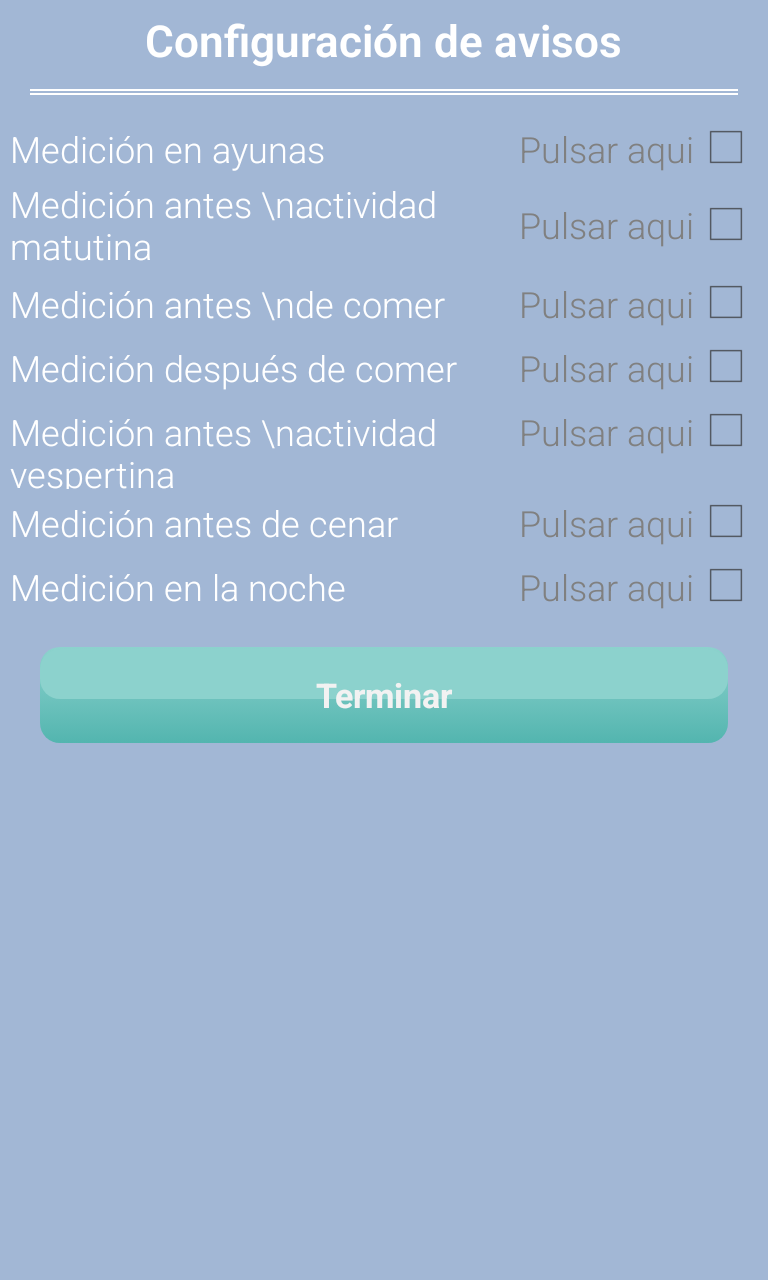
Repository: HectorGarciaMiguel/ssii-diabetes-060036
Layout: SeguimientoDiabetes/res/layout/activity_configuracion4.xml
An editor plug-in stored every save of this project. The layout is shown before and after the next save, followed by the edit.
It is drawn on a 768 x 1280 px phone screen (xhdpi) without system bars, with theme AppTheme; the app's code is not run.

Above is the layout before, as saved 2015-11-19 21:08:59.

After the next save:
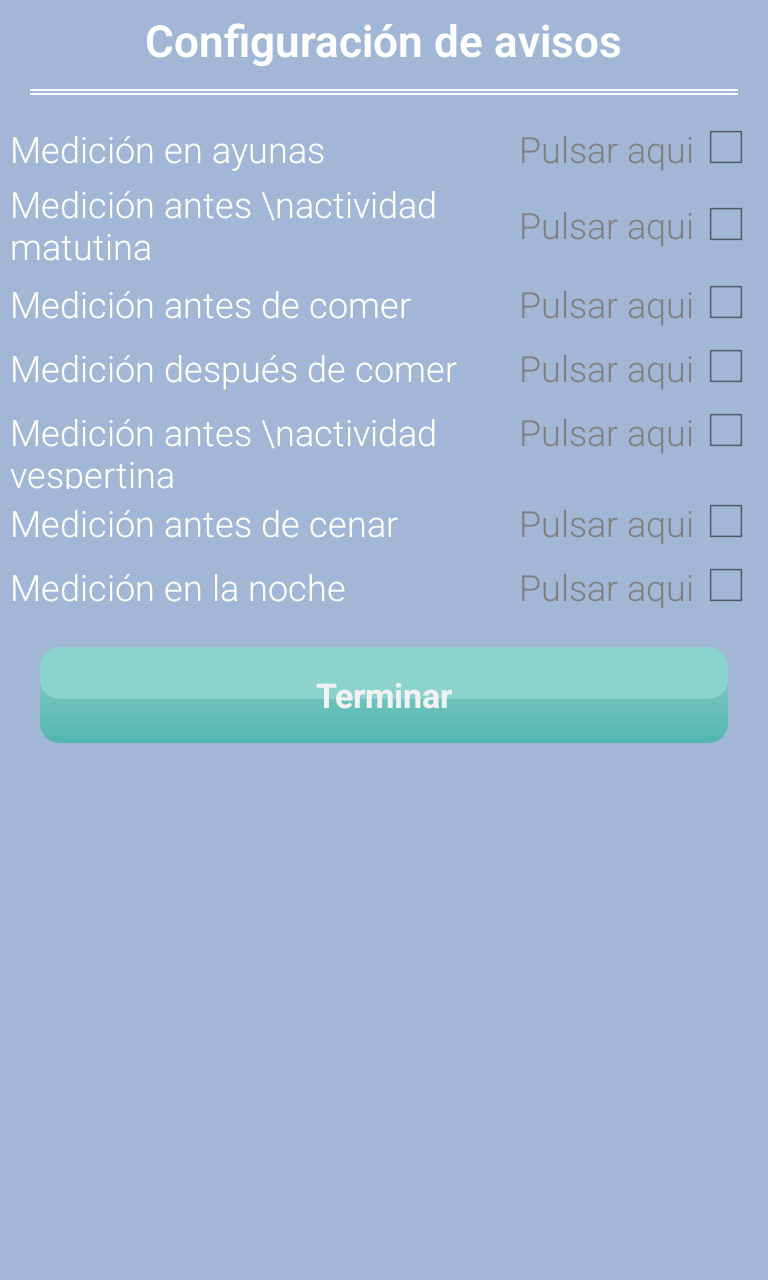
Saved 42 s later.
--- a/SeguimientoDiabetes/res/layout/activity_configuracion4.xml
+++ b/SeguimientoDiabetes/res/layout/activity_configuracion4.xml
@@ -100,7 +100,7 @@
 
 
     <TableRow
-        android:layout_width="0dp"
+        android:layout_width="fill_parent"
         android:layout_height="wrap_content"
         android:layout_gravity="center" >
 
@@ -108,7 +108,7 @@
             android:id="@+id/TextView03"
             android:layout_width="wrap_content"
             android:layout_height="wrap_content"
-            android:text="Medición antes \nde comer" />
+            android:text="Medición antes de comer" />
 
        <TextView
            android:id="@+id/TextView3"
